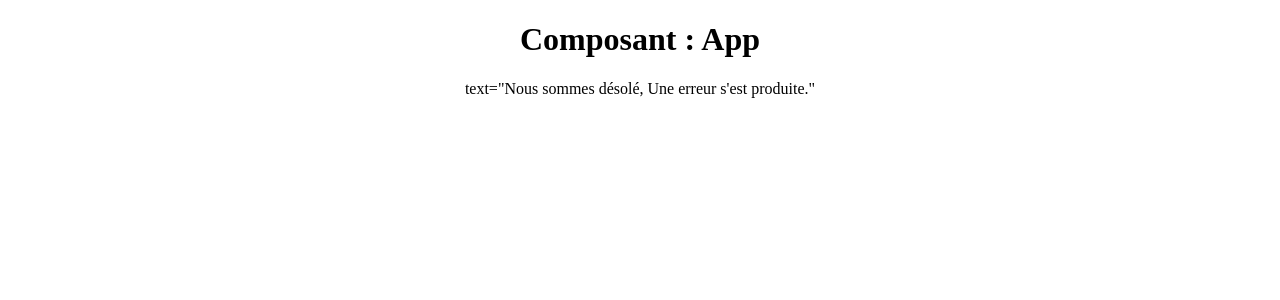
Repository: Emma-chaps/Shared-Organizer_Front
Page: /
The author's editor kept a copy of each file at every save. The page is drawn from the files as they stood at one save, then again after a run of saves.
The browser window is 1280 px wide. The pictures show the whole page.
The project was rebuilt for these pictures with package versions that can differ from the ones it lists, and the page was loaded fresh each time.

Above is the page before, as saved 2021-04-12 15:14:07.

### src/components/App/index.js
// == Import npm
import React from 'react';
import NotFound from 'src/components/NotFound';

// == Import
import './styles.scss';

// == Composant
const App = () => (
  <div className="app">
    <h1>Composant : App</h1>
    < NotFound />
  </div>
);

// == Export
export default App;

### src/components/NotFound/index.js
import React from 'react';

// import Page from 'src/components/Page';


const Error = () => (
  <div

      title="Erreur">
      text="Nous sommes désolé, Une erreur s'est produite."

</div>
);

export default Error;

Loaded but not shown: src/index.js (common file); src/components/App/styles.scss (common file)

After the next 3 saves:
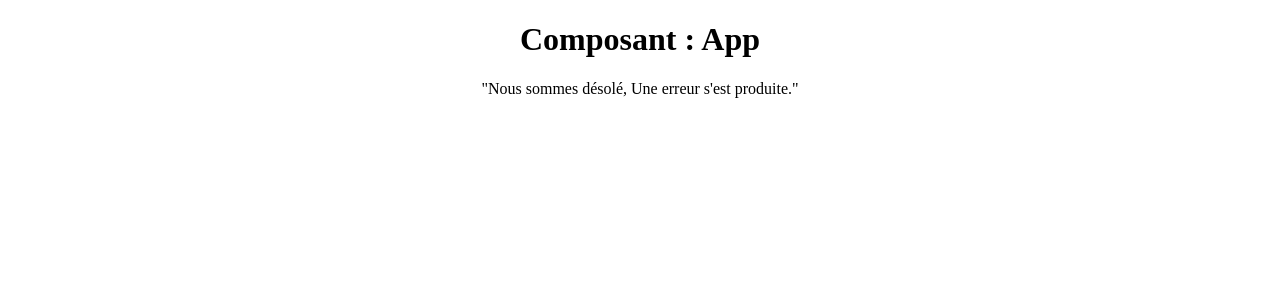
The 3 saves are shown as one change because they came seconds apart.
The last was saved 18 s later.
--- a/src/components/NotFound/index.js
+++ b/src/components/NotFound/index.js
@@ -7,7 +7,7 @@ const Error = () => (
   <div
 
       title="Erreur">
-      text="Nous sommes désolé, Une erreur s'est produite."
+      <h1></h1>"Nous sommes désolé, Une erreur s'est produite."
 
 </div>
 );
